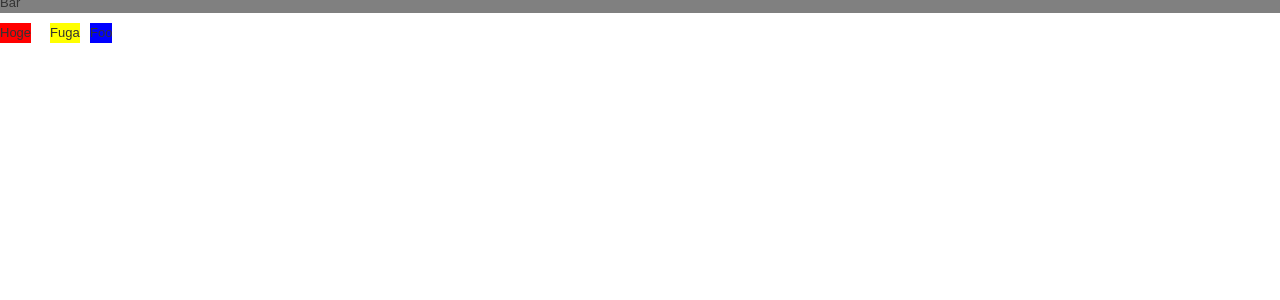
Repository: myojosamurai/Samurai_JS-
Page: HTML/6/home.html
The author's editor kept a record of every edit. The page is drawn from the files as they stood at one moment, then again after the next edit.
The browser window is 1280 px wide. The pictures show the whole page.

Above is the page before.

### HTML/6/home.html
<!DOCTYPE html>
<html lang="ja">
  <head>
    <meta charset="UTF-8">
    <title>HTML/CSSの学習</title>
    <link rel="stylesheet" href="stylesheet.css">
  </head>
  <body>
    <div id="wrapper">
<!---        <p>Hoge</p>
-        <p>Fuga</p>
-        <p>Foo</p>
-        <p>Bar</p> -->
        <div id="layout">
            <p id="layout1">Hoge</p>
            <p id="layout2">Fuga</p>
            <p id="layout3">Foo</p>
            <p id="layout4">Bar</p>
        </div>
    </div>
  </body>
</html>

### HTML/6/stylesheet.css
@charset "utf-8";

body {
	margin: 0;
	padding: 0;
	font-family: "ヒラギノ角ゴ Pro W3", "Hiragino Kaku Gothic Pro", "メイリオ", Meiryo, Osaka, "ＭＳ Ｐゴシック", "MS PGothic", sans-serif;
	color: #333;
	font-size: 13px;
	line-height: 150%;
}

/* -------------------- wrapper -------------------- */
#wrapper {
	width: 100%;
	margin: auto;
	padding: 0px;
	border: 0px;
	background-color: #FFF;
}

 #layout {
     position: static;
  /*   position: relative;
     top: 20px;
     left: 20px;*/

 }
 #layout1 {
/*     position: relative;
     top: 20px; */
     position:absolute;
     top:10px;
     background-color: red;
 }
 #layout2 {
  /*   position: relative;
     left: 20px;*/
     position:absolute;
     top:10px;
     left:50px;
     background-color: yellow;
 }
 #layout3 {
  /*   position: relative;
     right: -20px; */
     position:absolute;
     top:10px;
     left: 90px;
     background-color: blue;
 }
 #layout4 {
     position: relative;
     bottom: 20px;
     background-color: gray;
 }

After the next edit:
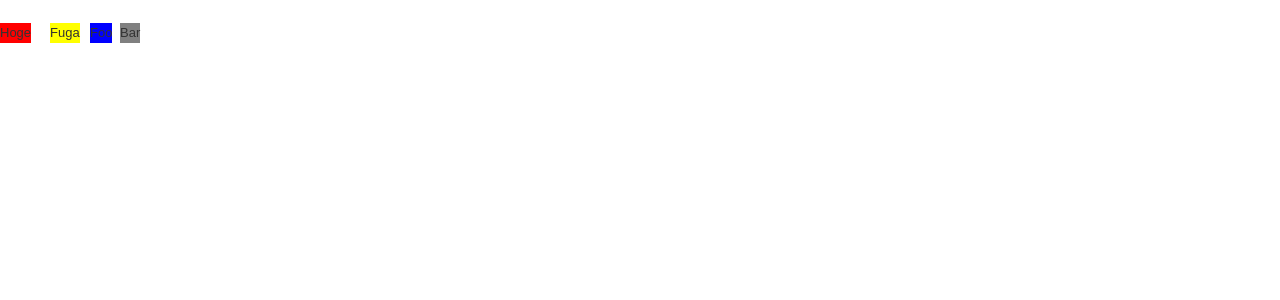
The edit:
--- a/HTML/6/stylesheet.css
+++ b/HTML/6/stylesheet.css
@@ -49,7 +49,10 @@
      background-color: blue;
  }
  #layout4 {
-     position: relative;
-     bottom: 20px;
+  /*   position: relative;
+     bottom: 20px; */
+     position:absolute;
+     top:10px;
+     left: 120px;
      background-color: gray;
  }
